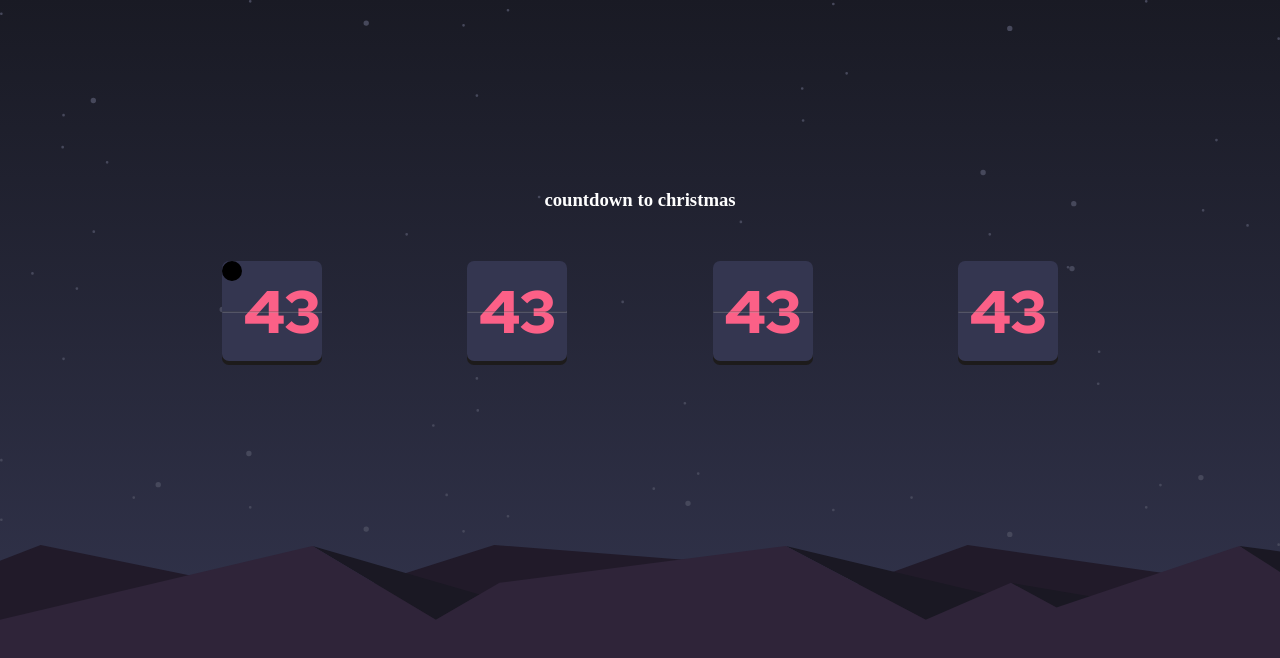
Repository: Eugene44-hub/countdown
Page: index.html
The author's editor kept a copy of each file at every save. The page is drawn from the files as they stood at one save, then again after the next save.
The browser window is 1280 px wide. The pictures show the whole page.

Above is the page before, as saved 2021-09-12 03:45:18.

After the next save:
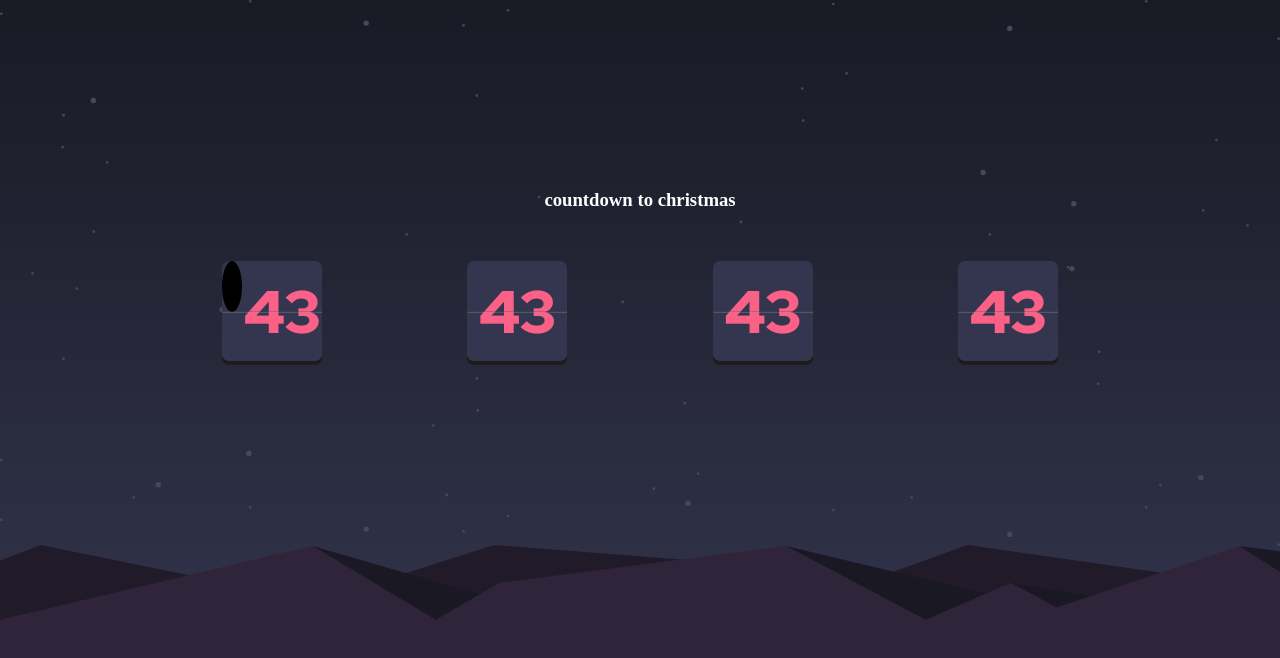
Saved 13 s later.
--- a/style.css
+++ b/style.css
@@ -66,7 +66,7 @@ p {
     border-radius: 50%;
     border-color: black;
     border-style: solid;
-    height: 5px;
+    height: 51px;
 }
 
 hr {

After the save that followed:
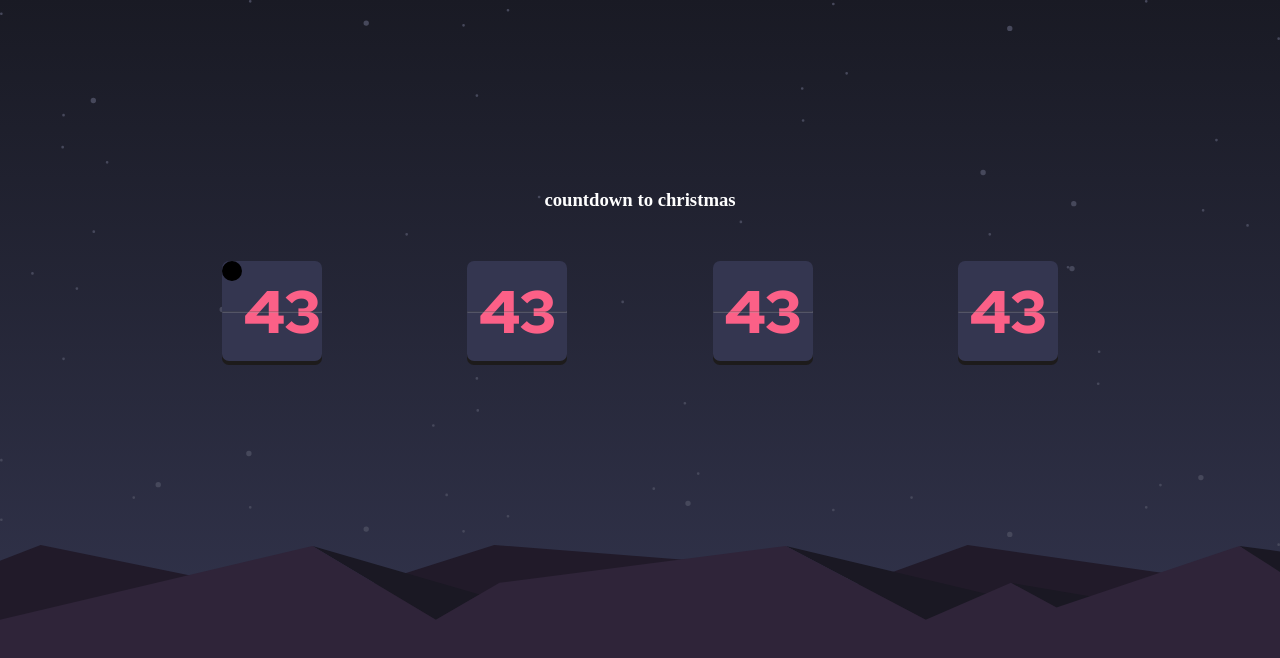
Saved 4 s later.
--- a/style.css
+++ b/style.css
@@ -66,7 +66,7 @@ p {
     border-radius: 50%;
     border-color: black;
     border-style: solid;
-    height: 51px;
+    height: 1px;
 }
 
 hr {
